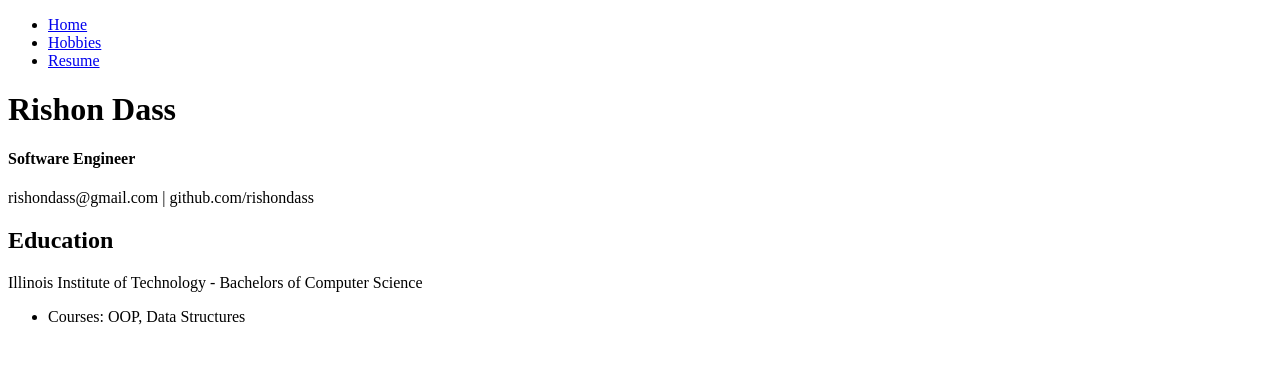
Repository: rishondass/ITMD361-Project1
Page: resume.html
These files come from the project's save history. The page is drawn as it stood at one moment and after the next save; the edit follows.
The browser window is 1280 px wide. The pictures show the whole page.

Above is the page before, as saved 2023-02-22 15:20:18.

After the next save:
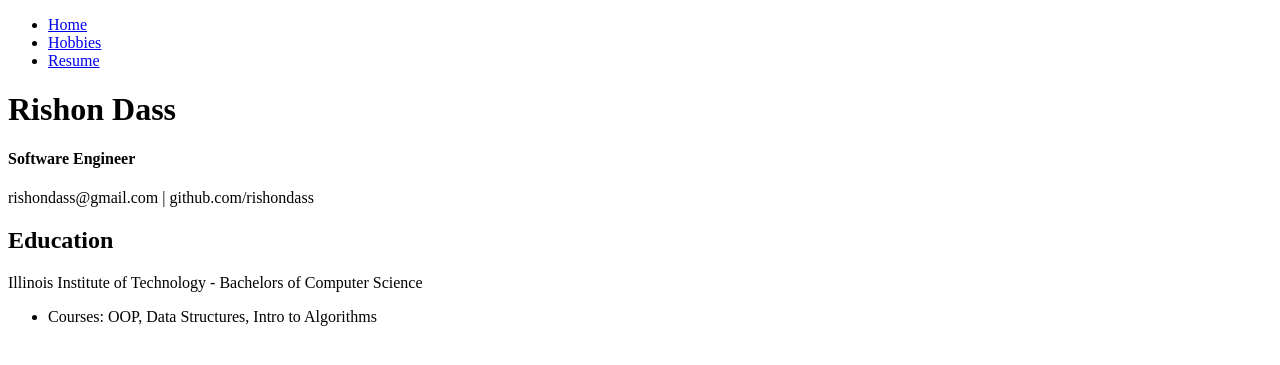
Saved 4 s later.
--- a/resume.html
+++ b/resume.html
@@ -39,7 +39,7 @@
         </p>
         <ul>
             <li>
-                Courses: OOP, Data Structures
+                Courses: OOP, Data Structures, Intro to Algorithms
             </li>
         </ul>
     </div>
